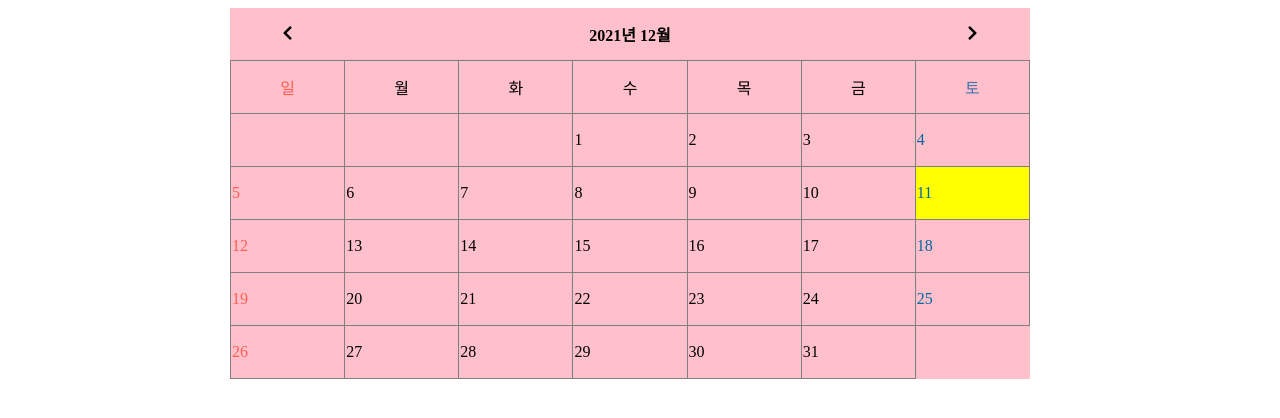
Repository: shin-sj/Checkkeu
Page: http://localhost/test2/WEB-INF/user/calendar.jsp
The author's editor kept a copy of each file at every save. The page is drawn from the files as they stood at one save, then again after the next save.
The browser window is 1280 px wide. The pictures show the whole page.
Some web libraries are served in a nearby version. The page is served by Tomcat 9. Nobody is signed in. Other server files are loaded and not shown. The template is opened directly, without the code that normally fills it, so the values that code supplies are empty.

Above is the page before, as saved 2021-12-15 16:06:09.

### test2/src/main/webapp/WEB-INF/user/calendar.jsp
<%@ page language="java" contentType="text/html; charset=UTF-8"
	pageEncoding="UTF-8"%>
<%@ taglib prefix="c" uri="http://java.sun.com/jsp/jstl/core" %>
<!DOCTYPE html>
<html>
<head>
<meta charset="UTF-8">
<title>calendar</title>

<!-- 아이콘 -->
<link rel="stylesheet"
	href="https://use.fontawesome.com/releases/v5.6.1/css/all.css">

<style>

		.container {
		//	width: 385px;
		//	line-height: 50px;
		//	margin: 50px auto;
		//	margin-bottom: -100px;

			display: flex;
		}

		h5 {
			text-align: center;
		}

		h5 span {
			color: teal;
		}

	#calendar {
		width: 800px;
		border: none;
		border-collapse : collapse;

		margin-right: 20px;
		background-color: pink;

	}
	td{
		width: 100px;
		height: 50px;
		border: solid 0.5px gray;
		border-collapse : collapse;
	}
	th {
		border: none;
		height: 50px;
	}

	.contents {
		margin-bottom: 100px;
		display: flex;
  		justify-content: center;

	}


</style>

<script>

	var policyDate = "";
	var today = new Date(); //오늘 날짜
    var date = new Date();//today의 Date를 세어주는 역할
    function prevCalendar() {//이전 달
    	policyDate = "";
     today = new Date(today.getFullYear(), today.getMonth() - 1, today.getDate());
     buildCalendar(); //달력 cell 만들어 출력
    }
    function nextCalendar() {//다음 달
    	policyDate = "";
         today = new Date(today.getFullYear(), today.getMonth() + 1, today.getDate());
         buildCalendar();//달력 cell 만들어 출력
    }
    function buildCalendar(){//현재 달 달력 만들기
    	policyDate="";
        var doMonth = new Date(today.getFullYear(),today.getMonth(),1);
        //이번 달의 첫째 날

        var lastDate = new Date(today.getFullYear(),today.getMonth()+1,0);
        //이번 달의 마지막 날

        var tbCalendar = document.getElementById("calendar");
        //날짜를 찍을 테이블 변수 만듬, 일 까지 다 찍힘

        var tbCalendarYM = document.getElementById("tbCalendarYM");
        //테이블에 정확한 날짜 찍는 변수

         tbCalendarYM.innerHTML = today.getFullYear() + "년 " + (today.getMonth() + 1) + "월 ";
         policyDate += today.getFullYear() + "/";
         policyDate += today.getMonth() + 1 + "/";
         /*while은 이번달이 끝나면 다음달로 넘겨주는 역할*/
        while (tbCalendar.rows.length > 2) {
        //열을 지워줌
              tbCalendar.deleteRow(tbCalendar.rows.length-1);
         }
         var row = null;
         row = tbCalendar.insertRow();
         //테이블에 새로운 열 삽입
         var cnt = 0;// count, 셀의 갯수를 세어주는 역할
        // 1일이 시작되는 칸을 맞추어 줌
         for (i=0; i<doMonth.getDay(); i++) {
         /*이번달의 day만큼 돌림*/
              cell = row.insertCell();
              cnt = cnt + 1;
         }
        /*달력 출력*/
        var policyDate2 = "";
		for (i = 1; i <= lastDate.getDate(); i++) {
			policyDate2 = policyDate; // yyyy/mm/ 까지만
			if(i < 10)
				policyDate2 += "0" + i;
			else
				policyDate2 += i; //yyyy/mm/ + i -> yyyy/mm/dd

         	//1일부터 마지막 일까지 돌림
            cell = row.insertCell();
   			//foreach문 안에서는 break, continue 사용불가능

           <c:forEach var="scrap" items="${scrapDateList}">
				if(policyDate2 == "${scrap.endDate}"){
					var str = i + "<br>" + "<p style='color: #f29886; font-size: 5px;'>${scrap.name}지원 마감일</p>"

					cell.innerHTML = str;
					cnt++;

					if (cnt % 7 == 0){/*토요일 */
						cell.innerHTML = "<font color=#0067a3>" + i + " ✔";
			            row = calendar.insertRow();
			          }
					if (cnt % 7 == 1){/*일요일 */
						cell.innerHTML = "<font color=#FD5E53>" + i + " ✔";
			          }

					 /*오늘 날짜*/
			          if (today.getFullYear() == date.getFullYear()
			             && today.getMonth() == date.getMonth()
			             && i == date.getDate()) {
			            cell.bgColor = "#D2D2FF";
			           }
					 continue;
					}
				if(policyDate2 == "${scrap.startDate}"){


					var str = i + "<br>" + "<p style='color: #0096c6; font-size: 5px;'>${scrap.name}지원 시작일</p>"

					cell.innerHTML = str;
					cnt++;

					if (cnt % 7 == 0){/*토요일 */
						cell.innerHTML = "<font color=#0067a3>" + i + " ✔";
			            row = calendar.insertRow();
			          }
					if (cnt % 7 == 1){/*일요일 */
						cell.innerHTML = "<font color=#FD5E53>" + i + " ✔";
			          }

					 /*오늘 날짜*/
			          if (today.getFullYear() == date.getFullYear()
			             && today.getMonth() == date.getMonth()
			             && i == date.getDate()) {
			            cell.bgColor = "#ffff00";
			           }
					 continue;
					}

				else{
	            	cell.innerHTML = i;
				}

            </c:forEach>

            cell.innerHTML = i;
            cnt++;

            if (cnt % 7 == 1) {/*일요일 계산*/
		            cell.innerHTML = "<font color=#FD5E53>" + i;
	        }

	          if (cnt % 7 == 0){/*토요일 */
					cell.innerHTML = "<font color=#0067a3>" + i;
	               row = calendar.insertRow();
	          }

	          /*오늘 날짜*/
	          if (today.getFullYear() == date.getFullYear()
	             && today.getMonth() == date.getMonth()
	             && i == date.getDate()) {
	            cell.bgColor = "#ffff00";

	           }

         }
    }
</script>

</head>
<body>

		<div class="contents">

			<div class="contents-split">
				<table id="calendar">
					<tr>
						<!-- label은 마우스로 클릭을 편하게 해줌 -->
						<th><label onclick="prevCalendar()"><i
								class="fas fa-chevron-left"></i></label></th>
						<th align="center" id="tbCalendarYM" colspan="5">yyyy년 m월</th>
						<th><label onclick="nextCalendar()"><i
								class="fas fa-chevron-right"></i></label></th>
					</tr>
					<tr>
						<td align="center"><font color="#FD5E53">일</font></td>
						<td align="center">월</td>
						<td align="center">화</td>
						<td align="center">수</td>
						<td align="center">목</td>
						<td align="center">금</td>
						<td align="center"><font color="#3F72AF">토</font></td>
					</tr>
				</table>
				<script>
		    buildCalendar();
			</script>
			</div>

	</div>
</body>


</html>

After the next save:
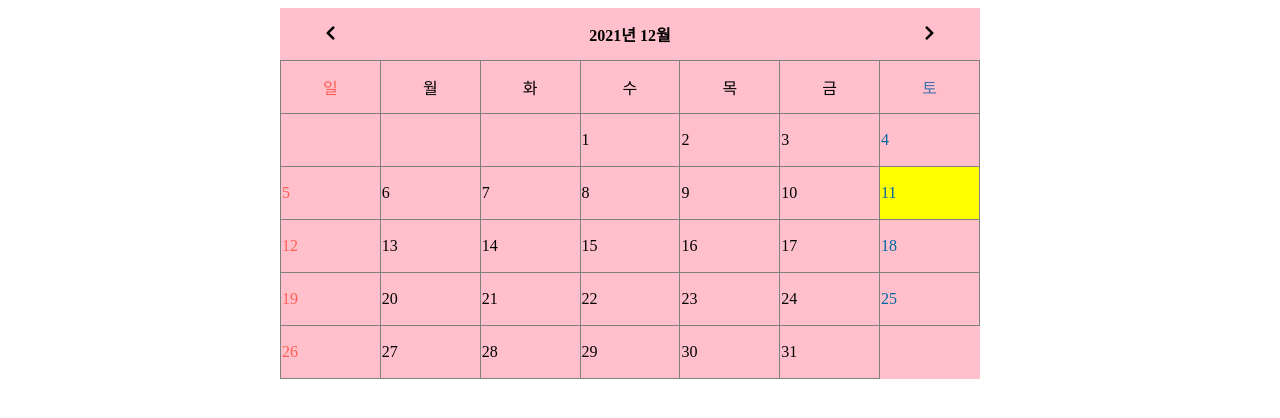
Saved 7 s later.
--- a/test2/src/main/webapp/WEB-INF/user/calendar.jsp
+++ b/test2/src/main/webapp/WEB-INF/user/calendar.jsp
@@ -31,7 +31,7 @@
 		}
 
 	#calendar {
-		width: 800px;
+		width: 700px;
 		border: none;
 		border-collapse : collapse;
 
